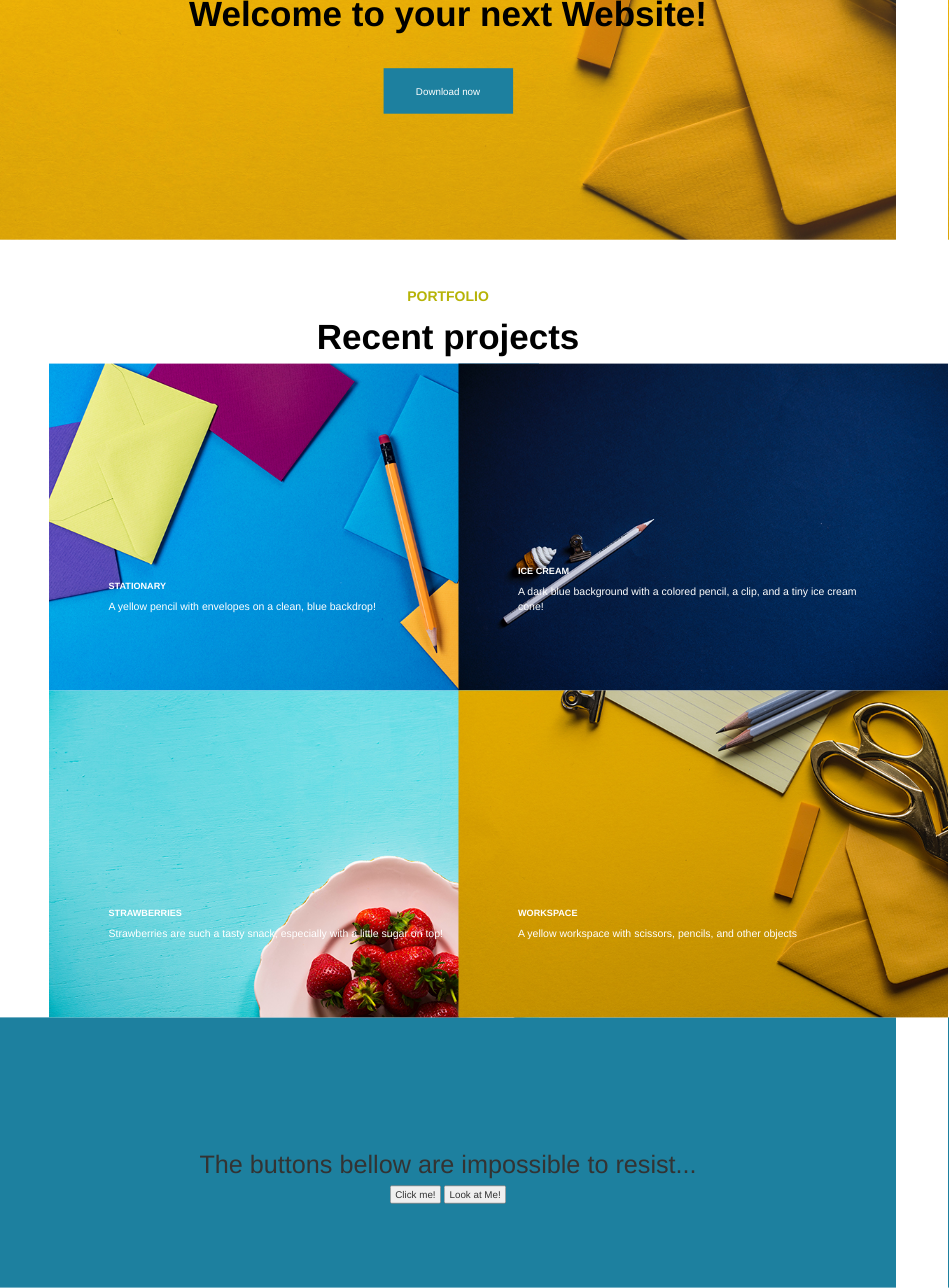
Repository: codin-full-stack/tomasz
Page: http://localhost/tomasz/portfolio/index.php
These files come from the project's save history. The page is drawn as it stood at one moment and after the next save; the edit follows.
The browser window is 1280 px wide. The page is 1355 px wide, so the pictures cover 1355 px, including what lies to the right of the window. The pictures show the part of the page from y = 2088 to 3928 px (the page is 3928 px tall before and 3688 px after), at 70% of full size.
Some web libraries are served in a nearby version. The page is run by PHP 8.4 with error messages shown; the project is at /var/www/html/.

Above is the page before, as saved 2018-10-23 09:25:06.

### portfolio/index.php
<!DOCTYPE html>
<html lang="en">
  <head>
    <meta charset="utf-8">
    <meta name="viewport" content="width=device-width, initial-scale=1, shrink-to-fit=no">
    <link rel="stylesheet" href="styles.css">
    <!-- Latest compiled and minified CSS -->
    <link rel="stylesheet" href="https://maxcdn.bootstrapcdn.com/bootstrap/3.3.7/css/bootstrap.min.css">
    <link rel="stylesheet" href="https://use.fontawesome.com/releases/v5.4.1/css/all.css" integrity="sha384-5sAR7xN1Nv6T6+dT2mhtzEpVJvfS3NScPQTrOxhwjIuvcA67KV2R5Jz6kr4abQsz" crossorigin="anonymous">
    <!-- jQuery library -->
    <script src="https://ajax.googleapis.com/ajax/libs/jquery/3.3.1/jquery.min.js"></script>
    <!-- Latest compiled JavaScript -->
    <script src="https://maxcdn.bootstrapcdn.com/bootstrap/3.3.7/js/bootstrap.min.js"></script>
  </head>

<body>
    <section class="first">
      <div class="container-fluid flex">
        <div class="textbox">
        <h1 class="maintext">Stylish portfolio</h1>
        <h2 class="secondtext"><i>A free Bootstrap Theme by Start Bootstrap</i></h2>
        <button class="button">Find Out More</button>
        </div>
      </div>
    </section>

    <section class="second">
      <div class="container-fluid flex">
        <div class="textbox2">
          <h1 class="maintext2">Stylish portfolio is the perfect theme for your next project!</h1>
          <h2 class="secondtext2"><i>This theme features is flexible, UX friendly sidebar menu and stock photos from your friends at Unsplash!</i></h2>
          <button class="button2">What We Offer</button>
        </div>
      </div>
    </section>

    <section class="third">
      <div class="container flex">
        <div class="textbox3">
        <h2 class="secondtext3">SERVICES</h2>
        <h1 class="maintext3">What We Offer</h1>
          <div class="row">
              <div class="col-md-3">
                <div class="iconframe"></div>
                <p class="maintext4">Responsive</p>
                <p class="secondtext4">Looks great on any screen size!</p>
              </div>
              <div class="col-md-3">
              <div class="iconframe"></div>
                <p class="maintext4">Redesigned</p>
                <p class="secondtext4">Freshly design for Boostrap 4.</p>
              </div>
              <div class="col-md-3">
                <div class="iconframe"></div>
                  <p class="maintext4">Favorited</p>
                  <p class="secondtext4">Million of users (icon) Boostrap!</p>

              </div>
              <div class="col-md-3">
                <div class="iconframe"></div>
                  <p class="maintext4">Question</p>
                  <p class="secondtext4">I mustache you a question..</p>
              </div>
            </div>
        </div>
      </div>
    </section>

        <section class="fourth">
      <div class="container-fluid flex">
        <div class="textbox4">
        <h1 class="maintext5">Welcome to your next Website!</h1>
        <button class="button">Download now</button>
        </div>
      </div>
    </section>

<section class="fifth">
      <div class="container flex">
        <div class="textbox5">
        <h2 class="secondtext5">PORTFOLIO</h2>
        <h1 class="maintext5">Recent projects</h1>
          <div class="row">
              <div class="col-md-6">
                <img src="images/portfolio-1.jpg" alt="">
                  <div class="photobox">
                  <h2 class="maintext6">STATIONARY</h2>
                  <p class="secondtext6">A yellow pencil with envelopes on a clean, blue backdrop!</p>
                  </div>
              </div>
              <div class="col-md-6">
              <img src="images/portfolio-2.jpg" alt="">
                <div class="photobox">
                  <h2 class="maintext6">ICE CREAM</h2>
                  <p class="secondtext6">A dark blue background with a colored pencil, a clip, and a tiny ice cream cone!</p>
                </div>
              </div>
            </div>
            <div class="row">
              <div class="col-md-6">
              <img src="images/portfolio-3.jpg" alt="">
                <div class="photobox">
                  <h2 class="maintext6">STRAWBERRIES</h2>
                  <p class="secondtext6">Strawberries are such a tasty snack, especially with a little sugar on top!</p>
                </div>
              </div>
              <div class="col-md-6">
                <img src="images/portfolio-4.jpg" alt="">
                  <div class="photobox">
                    <h2 class="maintext6">WORKSPACE</h2>
                    <p class="secondtext6">A yellow workspace with scissors, pencils, and other objects</p>
                </div>
              </div>
            </div>
        </div>
      </div>
    </section>


    <section class="seventh">
      <div class="container-fluid flex">
        <div class="textbox7">
          <h1 class="maintext7">The buttons bellow are impossible to resist...</h1>
          <button class="button7-1">Click me!</button>
          <button class="button7-2">Look at Me!</button>
        </div>
      </div>
    </section>




</body>



























</html>

### portfolio/styles.css
body {
    /* width: 100vw;
    height: 100vh; */
}

.first {
    height: 100vh;
    display: flex;
    width: 100%;
    background-image: url("images/bg-masthead.jpg");
    background-position: left;
    background-repeat: no-repeat;
    background-size: cover;
}

.second {
    padding: 120px 0;
    background-color: #ffffff;

}
.third {
    background-color: #1d809f;
    height: 550px;
}

.fourth {
    height: 100vh;
    background-image: url("images/bg-callout.jpg");
    background-position: left;
    background-repeat: no-repeat;
    background-size: cover;
}
.fifth {
    /* height: 100vh; */

}
.seventh {
    padding: 120px 0;
    background-color: #1d809f;
}

.textbox {
    width: 650px;
    align-self: center;
    text-align: center;
    margin: 0 auto;
}
.textbox2 {

    width: 840px;
    align-self: center;
    text-align: center;
    margin: 0 auto;
}

.textbox3 {
    padding-top: 100px;
    align-self: center;
    text-align: center;
    margin: 0 auto;
}
.textbox4 {
    padding-top: 350px;
    align-self: center;
    text-align: center;
    margin: 0 auto;
}
.textbox5 {
    padding-top: 50px;
    align-self: center;
    text-align: center;
    margin: 0 auto;
}

.textbox7 {
    padding-top: 50px;
    align-self: center;
    text-align: center;
    margin: 0 auto;
}

.first h1 {
    font-size: 85px;
}

.first h2 {
    font-size: 30px;
}

.second h1 {
    font-size: 26px;
    font-weight: 750;
}
.second h2 {
    font-size: 16px;
    font-weight: 750;
}
.third h2 {
    font-size: 20px;
    font-weight: bold;
    color: #b6b307;
}

.third h1 {
    font-size: 50px;
    font-weight: bold;
    color: #ffffff;
}
.fourth h1 {
    font-size: 50px;
    font-weight: bold;
    color: #000000;
}

.maintext4 {
    font-size: 30px;
    font-weight: bold;
    color: #ffffff;
}

.secondtext4 {
    font-size: 20px;
    font-weight: bold;
    color: #bcd4d1;
}

.fifth h2 {
    font-size: 20px;
    font-weight: bold;
    color: #b6b307;
}

.fifth h1 {
    font-size: 50px;
    font-weight: bold;
    color: #000000;
}

.photobox h2 {
    color: #ffffff;
    font-size:  13px;
    text-align: left;
}

.photobox p {
    color: #ffffff;
    text-align: left;
    font-size: 15px;
}
.container-fluid {

}

.flex {
    display: flex;
}

.button {
    width: 185px;
    height: 65px;
    background-color: #1d809f;
    border: none;
    color: #ffffff;
    align-self: center;
    margin-top: 40px;
}

.button2 {
    width: 185px;
    height: 65px;
    background-color: #000000;
    border: none;
    color: #ffffff;
    margin-top: 40px;
}

.iconframe {
    height: 120px;
    width: 120px;
    background-color: #ffffff;
    border-radius: 100%;
    display: inline-block;
}

.photobox {
    position: absolute;
    bottom: 100px;
    left: 100px;
}

After the next save:
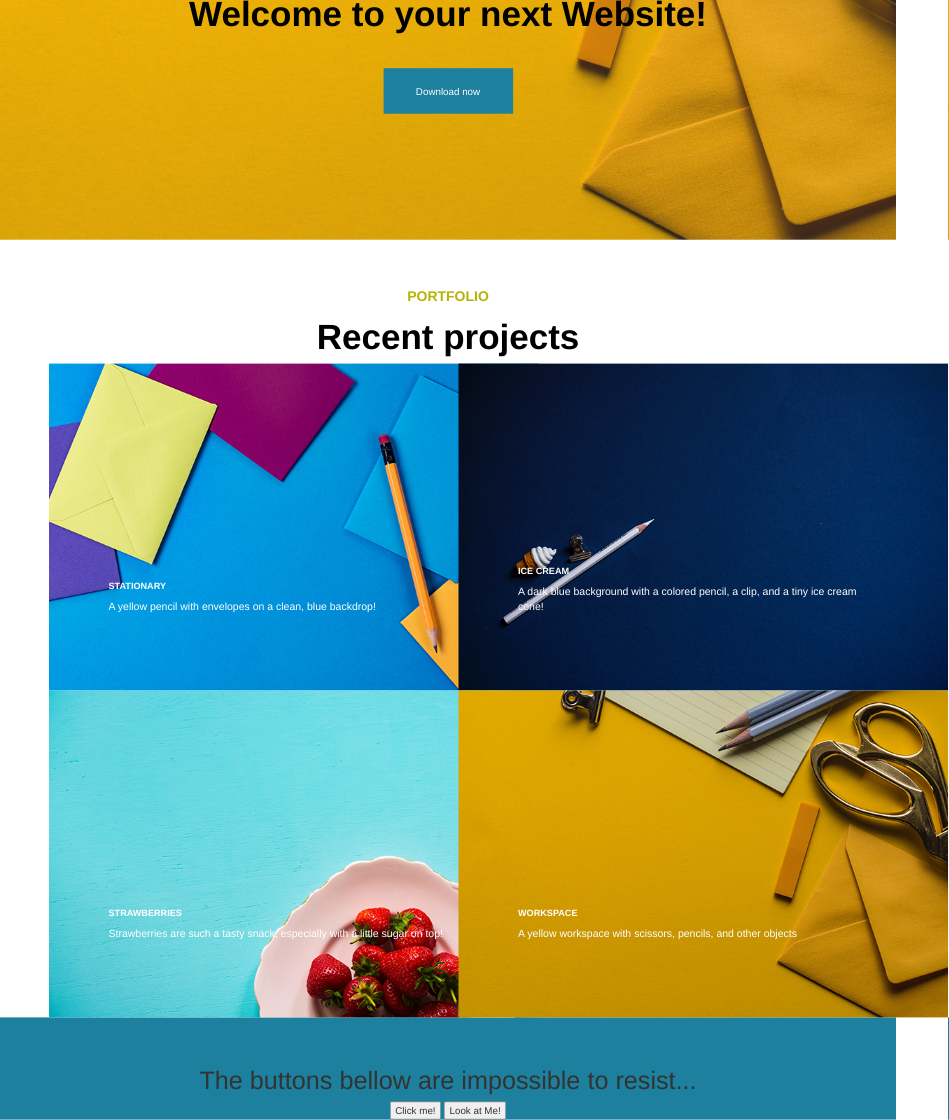
Saved 19 s later.
--- a/portfolio/styles.css
+++ b/portfolio/styles.css
@@ -35,7 +35,7 @@
 
 }
 .seventh {
-    padding: 120px 0;
+    padding-top: 120px 0;
     background-color: #1d809f;
 }
 

After the save that followed:
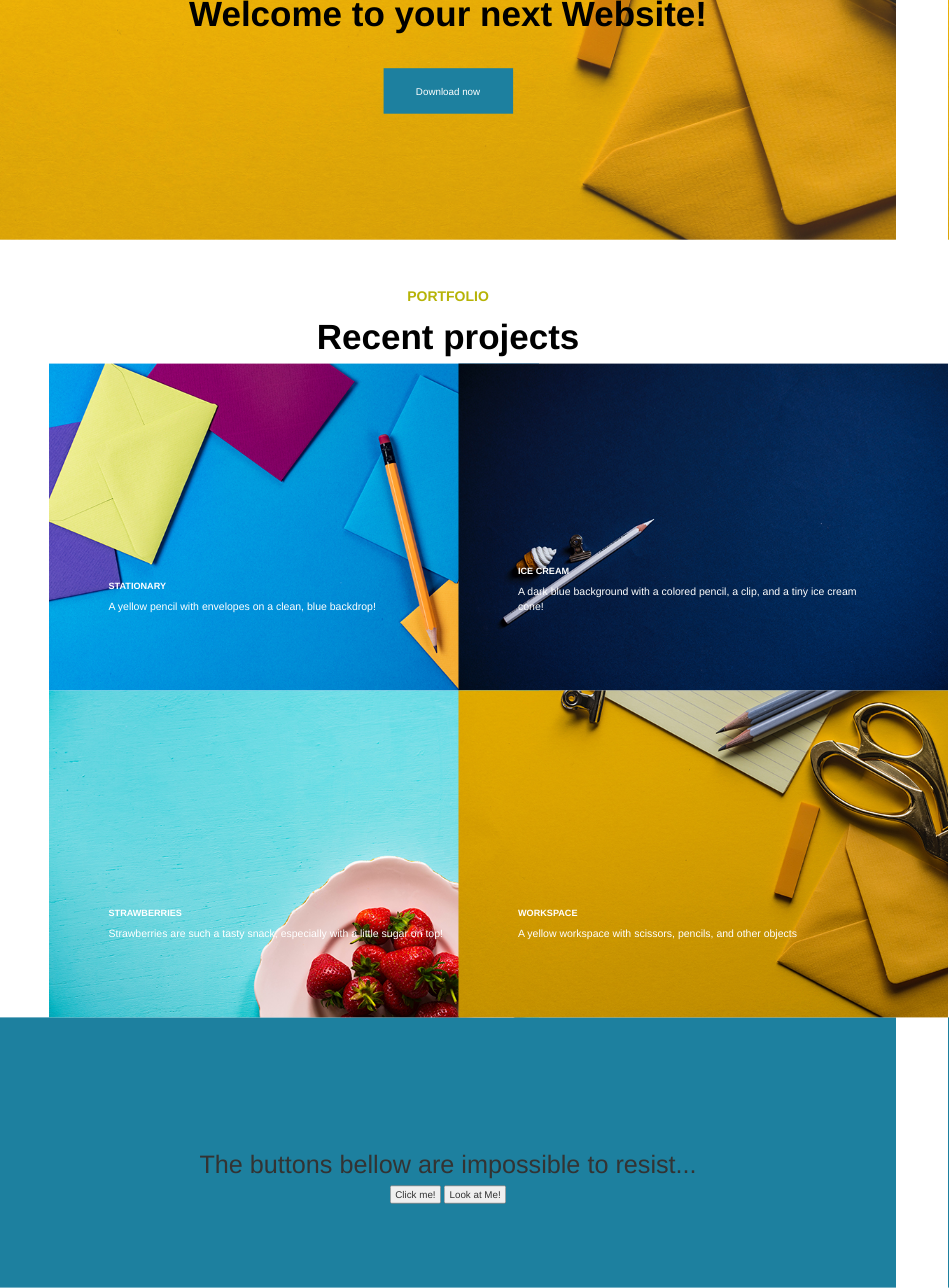
Saved 4 s later.
--- a/portfolio/styles.css
+++ b/portfolio/styles.css
@@ -35,7 +35,7 @@
 
 }
 .seventh {
-    padding-top: 120px 0;
+    padding: 120px 0;
     background-color: #1d809f;
 }
 
